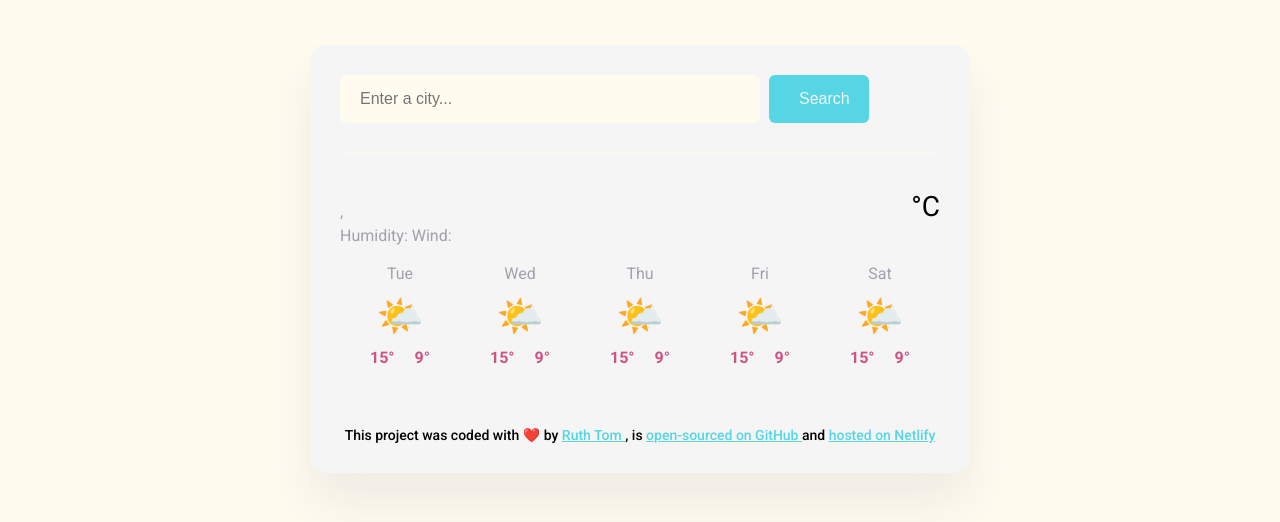
Repository: RuthTom711/Weatherly-App
Page: index.html
The author's editor kept a copy of each file at every save. The page is drawn from the files as they stood at one save, then again after the next save.
The browser window is 1280 px wide. The pictures show the whole page.
The page's requests for data from a server got no answer. Some web libraries are served in a nearby version.

Above is the page before, as saved 2025-11-13 15:14:30.
Console error (its wording comes from the project's code and is left out).

### index.html
<!DOCTYPE html>
<html lang="en">
  <head>
    <meta charset="UTF-8" />
    <meta name="viewport" content="width=device-width, initial-scale=1.0" />
    <link rel="preconnect" href="https://fonts.googleapis.com" />
    <link rel="preconnect" href="https://fonts.gstatic.com" crossorigin />
    <link
      href="https://fonts.googleapis.com/css2?family=Roboto+Mono:ital,wght@0,100..700;1,100..700&family=Roboto:ital,wght@0,100..900;1,100..900&family=Work+Sans:ital,wght@0,100..900;1,100..900&display=swap"
      rel="stylesheet"
    />
    <link rel="stylesheet" href="src/styles.css" />
    <script src="https://unpkg.com/axios@1.1.2/dist/axios.min.js"></script>
    <title>Weatherly App</title>
  </head>

  <body>
    <div class="weather-app">
      <header>
        <form class="search-form" id="search-form">
          <input
            type="search"
            placeholder="Enter a city..."
            required
            id="search-form-input"
            class="search-form-input"
          />
          <input type="Submit" value="Search" class="search-form-button" />
        </form>
      </header>

      <main>
        <div class="weather-app-data">
          <div>
            <h1 class="weather-app-city" id="city"></h1>
            <p class="weather-app-details">
              <span id="time"></span>, <span id="description"></span>
              <br />
              Humidity: <strong id="humidity"></strong> Wind:
              <strong id="wind-speed"></strong>
            </p>
          </div>
          <div class="weather-app-temparature-container">
            <div id="icon"></div>
            <div class="weather-app-temperature" id="temperature"></div>
            <div class="weather-app-unit">°C</div>
          </div>
        </div>

        <div class="weather-forecast">
          <div class="weather-forecast-day">
            <div class="weather-forecast-date">Tue</div>
            <div class="weather-forecast-icon">🌤️</div>
            <div class="weather-forecast-temperatures">
              <div class="weather-forecast-temperature"><strong>15°</strong></div>
              <div class="weather-forecast-temperature"><strong>9°</strong></div>
            </div>
          </div>

          <div class="weather-forecast-day">
            <div class="weather-forecast-date">Wed</div>
            <div class="weather-forecast-icon">🌤️</div>
            <div class="weather-forecast-temperatures">
              <div class="weather-forecast-temperature"><strong>15°</strong></div>
              <div class="weather-forecast-temperature"><strong>9°</strong></div>
            </div>
          </div>

          <div class="weather-forecast-day">
            <div class="weather-forecast-date">Thu</div>
            <div class="weather-forecast-icon">🌤️</div>
            <div class="weather-forecast-temperatures">
              <div class="weather-forecast-temperature"><strong>15°</strong></div>
              <div class="weather-forecast-temperature"><strong>9°</strong></div>
            </div>
          </div>

          <div class="weather-forecast-day">
            <div class="weather-forecast-date">Fri</div>
            <div class="weather-forecast-icon">🌤️</div>
            <div class="weather-forecast-temperatures">
              <div class="weather-forecast-temperature"><strong>15°</strong></div>
              <div class="weather-forecast-temperature"><strong>9°</strong></div>
            </div>
          </div>

          <div class="weather-forecast-day">
            <div class="weather-forecast-date">Sat</div>
            <div class="weather-forecast-icon">🌤️</div>
            <div class="weather-forecast-temperatures">
              <div class="weather-forecast-temperature"><strong>15°</strong></div>
              <div class="weather-forecast-temperature"><strong>9°</strong></div>
            </div>
          </div>
        </div>
      </main>

      <footer>
        This project was coded with ❤️ by
        <a href="https://github.com/RuthTom711" target="_blank"> Ruth Tom </a>,
        is
        <a href="https://github.com/RuthTom711/Weatherly-App" target="_blank">
          open-sourced on GitHub
        </a>
        and
        <a
          href="https://app.netlify.com/projects/ruth-weatherly-app/"
          target="_blank"
        >
          hosted on Netlify
        </a>
      </footer>
    </div>
    <script src="src/index.js"></script>
  </body>
</html>

### src/styles.css
body {
    background-color: #fffbef;
    font-family: "Roboto",sans-serif;
}

a{
    color: #56d5e4;
}

.weather-app {
    background: whitesmoke;
    max-width: 600px;
    margin: 45px auto;
    padding: 30px;
    box-shadow: 0 30px 50px rgba(65, 50, 100, 0.08);
    border-radius: 16px;
}
header{
    border-bottom: 1px solid #fffbef;
    padding: 0 0 30px 0;
}

.search-form-input {
    background-color: #fffbef;
    border: none;
    border-radius: 6px;
    width: 70%;
    font-size: 16px;
    padding: 15px 20px;
}

.search-form-button {
    background: #56d5e4;
    padding: 15px 30px;
    border: none;
    font-size: 16px;
    margin-left: 5px;
    border-radius: 6px;
    color: whitesmoke;
    width: 100px;
}

main {
    padding: 30px 0;
    }
.weather-app-city {
    margin: 0;
    font-size: 38px;
    line-height: 48px;
}
.weather-app-data {
    display: flex;
    justify-content: space-between;
}

.weather-app-details {
    font-size: 16px;
    line-height: 24px;
    color: rgba(39, 33, 66, 0.4);
    font-weight: 500px;
}

.weather-app-details strong{
    color: #cf5282
}

.weather-app-temparature-container {
    display: flex;

}

.weather-app-temperature{
    font-size: 88px;
    font-weight: bold;
    line-height: 88px;
}
.weather-app-icon{
    width: 88px;
    height: 88px;

}
.weather-app-unit{
    margin-top: 6px;
    font-size: 28px;
}

.weather-forecast {
    display: flex;
    justify-content: space-around;
    margin-top: 30;

}
.weather-forecast-date {
    text-align: center;
    color: rgba(39, 33, 66, 0.4);
    font-size: 16px;
    line-height: 20px;
    margin-bottom: 10px;

}
.weather-forecast-icon {
 font-size: 38px;
 text-align: center;
}

.weather-forecast-temperatures {
    text-align: center;
    color: #cf5282;
    display: flex;
    justify-content: center;
    margin-top: 10px;
}
.weather-forecast-temperature {
    padding: 0 10px;

}
footer {

    padding: 30px 0 0 0;
    text-align: center;
    font-weight: 500;
    font-size: 14px;
    color: rgba (0, 0, 0, 0.6);
}

### src/index.js
function refreshWeather(response){
    let temperatureElement = document.querySelector("#temperature");
    let temperature = response.data.temperature.current;
    let cityElement = document.querySelector("#city")
    let descriptionElement = document.querySelector("#description");
    let humidityElement = document.querySelector("#humidity");
    let windSpeedElement = document.querySelector("#wind-speed");
    let timeElement = document.querySelector("#time");
    let date = new Date(response.data.time * 1000);
    let iconElement= document.querySelector("#icon")



    cityElement.innerHTML = response.data.city;
    timeElement.innerHTML = formatDate(date);
    descriptionElement.innerHTML = response.data.condition.description;
    humidityElement.innerHTML = `${response.data.temperature.humidity}%`;
    windSpeedElement.innerHTML = `${response.data.wind.speed}km/h`;
    temperatureElement.innerHTML = Math.round(temperature);
    iconElement.innerHTML = `<img src="${response.data.condition.icon_url}" class="weather-app-icon" />`;
}

function formatDate(date) {

    let minutes = date.getMinutes();
    let hours = date.getHours();
    let days = [
        "sunday",
        "Monday",
        "Tuesday",
        "Wednesday",
        "Thursday",
        "Friday",
        "Saturday",

    ];
    let day = days [date.getDay()];

    if (minutes < 10) {
        minutes = `0${minutes}`;
    }

    return `${day} ${hours}: ${minutes}`;
}

function searchCity(city) {
    let apiKey = "2bf02005obb4ft73c247eba0b4e8f73d";
    let apiUrl = `https://api.shecodes.io/weather/v1/current?query=${city}&key=${apiKey}&units=metric`;
    axios.get(apiUrl).then(refreshWeather);
}

function handleSearchSubmit(event) {
    event.preventDefault();
    let searchInput = document.querySelector("#search-form-input");

    searchCity(searchInput.value);

}

let searchFormElement = document.querySelector("#search-form");
searchFormElement.addEventListener("submit", handleSearchSubmit);

searchCity("Cape Town");

After the next save:
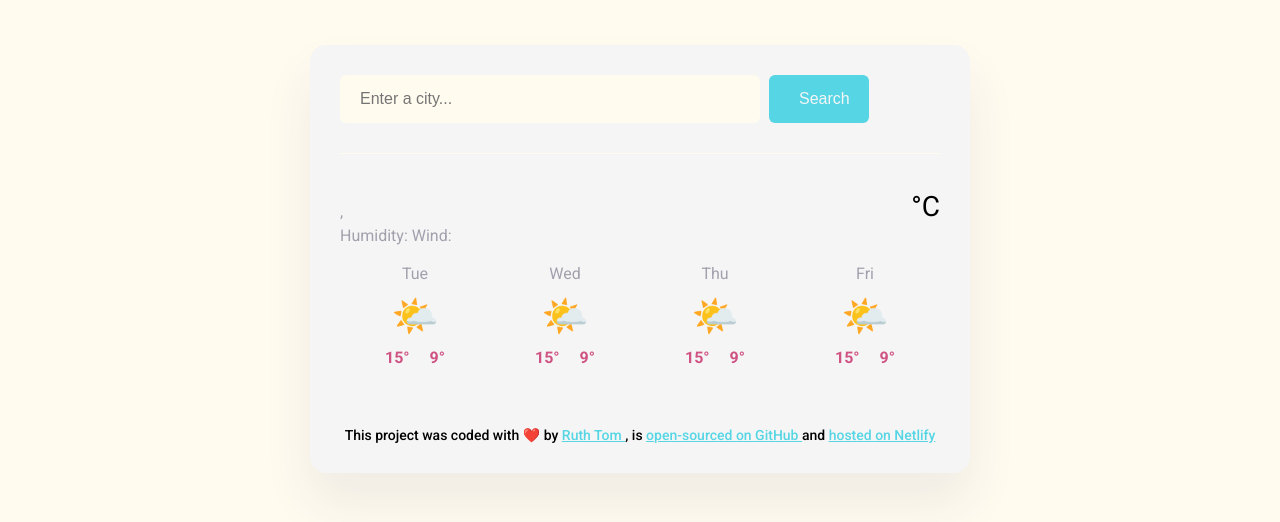
Saved 5 h 12 min later.
--- a/index.html
+++ b/index.html
@@ -84,14 +84,7 @@
             </div>
           </div>
 
-          <div class="weather-forecast-day">
-            <div class="weather-forecast-date">Sat</div>
-            <div class="weather-forecast-icon">🌤️</div>
-            <div class="weather-forecast-temperatures">
-              <div class="weather-forecast-temperature"><strong>15°</strong></div>
-              <div class="weather-forecast-temperature"><strong>9°</strong></div>
-            </div>
-          </div>
+
         </div>
       </main>
 
